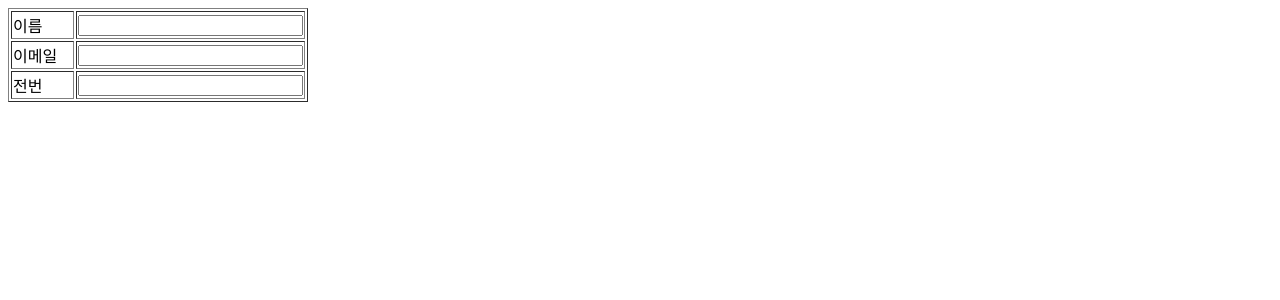
Repository: sgnq008-tech/JSP
Page: http://localhost/WebProject/actiontag/register.jsp
An editor plug-in stored every save of this project. The page is shown before and after the next save, followed by the edit.
The browser window is 1280 px wide. The pictures show the whole page.
The page is served by Tomcat 9. Other server files are loaded and not shown.

Above is the page before, as saved 2026-09-11 06:49:58.

### jsp_workspace/WebProject/src/main/webapp/actiontag/register.jsp
<%@ page language="java" contentType="text/html; charset=UTF-8"
    pageEncoding="UTF-8"%>
<!DOCTYPE html>
<html>
<head>
<meta charset="UTF-8">
<title>Insert title here</title>
</head>
<body>
<form action="add.jsp" method="post">
  <table border="1" width="300">

               <tr>
                         <td width="100">이름 </td>
                         <td width="200">
                         <input type="text" name="name" size="25">
                         </td>
              </tr>

               <tr>
                         <td width="100">이메일 </td>
                         <td width="200">
                         <input type="text" name="email" size="25">
                         </td>
              </tr>

              <tr>
                         <td width="100">전번 </td>
                         <td width="200">
                         <input type="text" name="phone" size="25">
                         </td>
              </tr>

  </table>

</form>
</body>
</html>

After the next save:
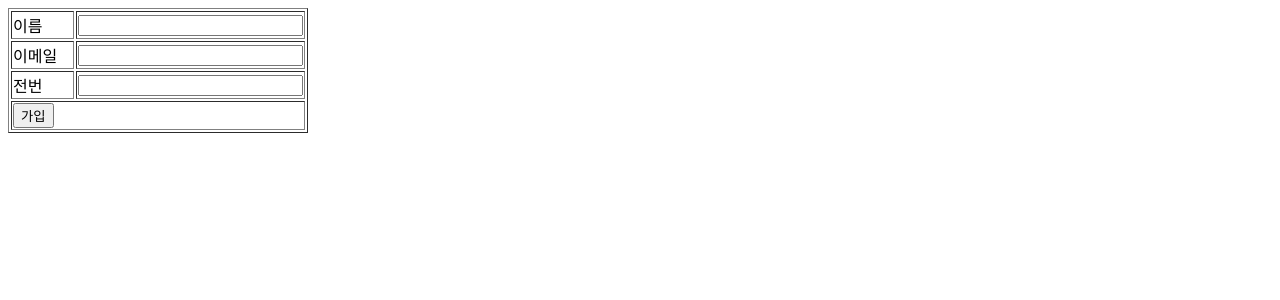
Saved 116 s later.
--- a/jsp_workspace/WebProject/src/main/webapp/actiontag/register.jsp
+++ b/jsp_workspace/WebProject/src/main/webapp/actiontag/register.jsp
@@ -31,6 +31,11 @@
                          </td>
               </tr>
 
+              <tr>
+                 <td colspan ="2" align="left">
+                  <input type="submit" value="가입">
+                  </td>
+              </tr>
   </table>
 
 </form>
